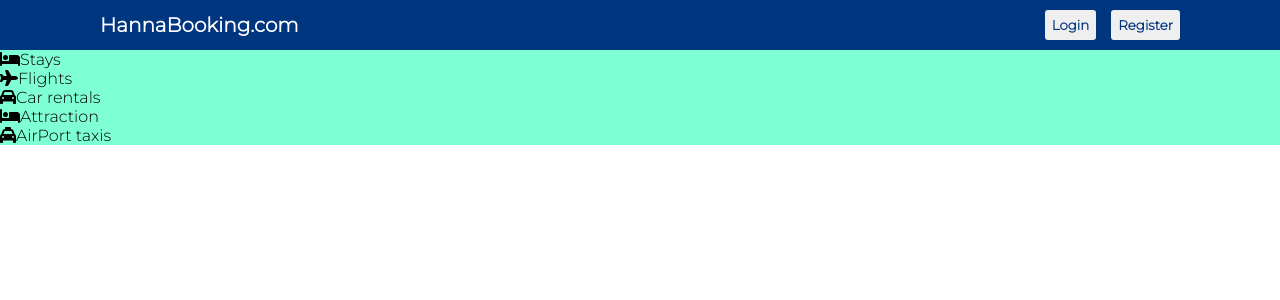
Repository: truongnguyenuit/BookingWebApp
Page: /
An editor plug-in stored every save of this project. The page is shown before and after the next save, followed by the edit.
The browser window is 1280 px wide. The pictures show the whole page.
The project was rebuilt for these pictures with package versions that can differ from the ones it lists, and the page was loaded fresh each time.

Above is the page before, as saved 2022-05-26 14:56:46.

After the next save:
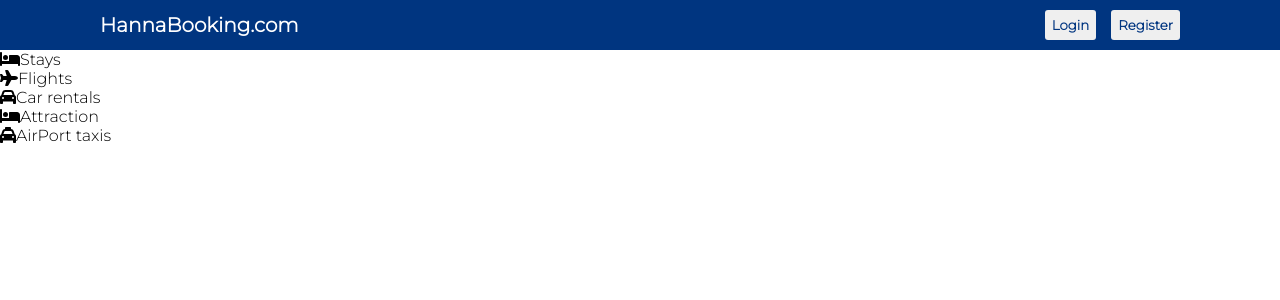
Saved 9 s later.
--- a/src/components/header/header.css
+++ b/src/components/header/header.css
@@ -1,3 +1,3 @@
 .header {
-    background-color: aquamarine;
+    background-color: ;
 }
